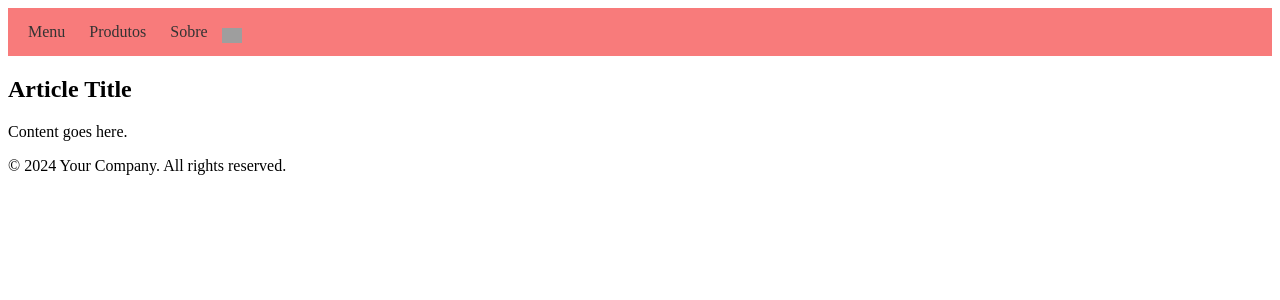
Repository: rafael-beeb/blog-not
Page: myblog/html/index.html
These files come from the project's save history. The page is drawn as it stood at one moment and after the next save; the edit follows.
The browser window is 1280 px wide. The pictures show the whole page.
Pictures or frames that could not be fetched are drawn as grey boxes.

Above is the page before, as saved 2024-09-19 09:27:22.

After the next save:
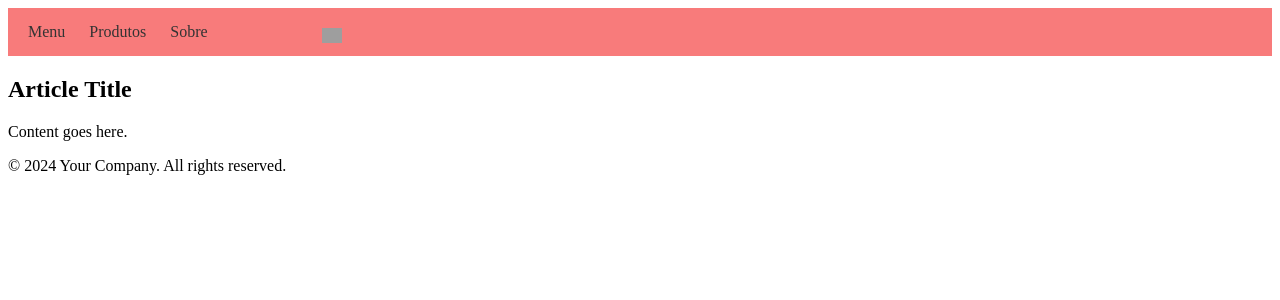
Saved 6 s later.
--- a/myblog/css/styles.css
+++ b/myblog/css/styles.css
@@ -22,5 +22,5 @@
 nav img{
     width: 20px;
     transform: translateY(6px);
-    margin-left: auto;
+    margin-left: 100px;
 }
